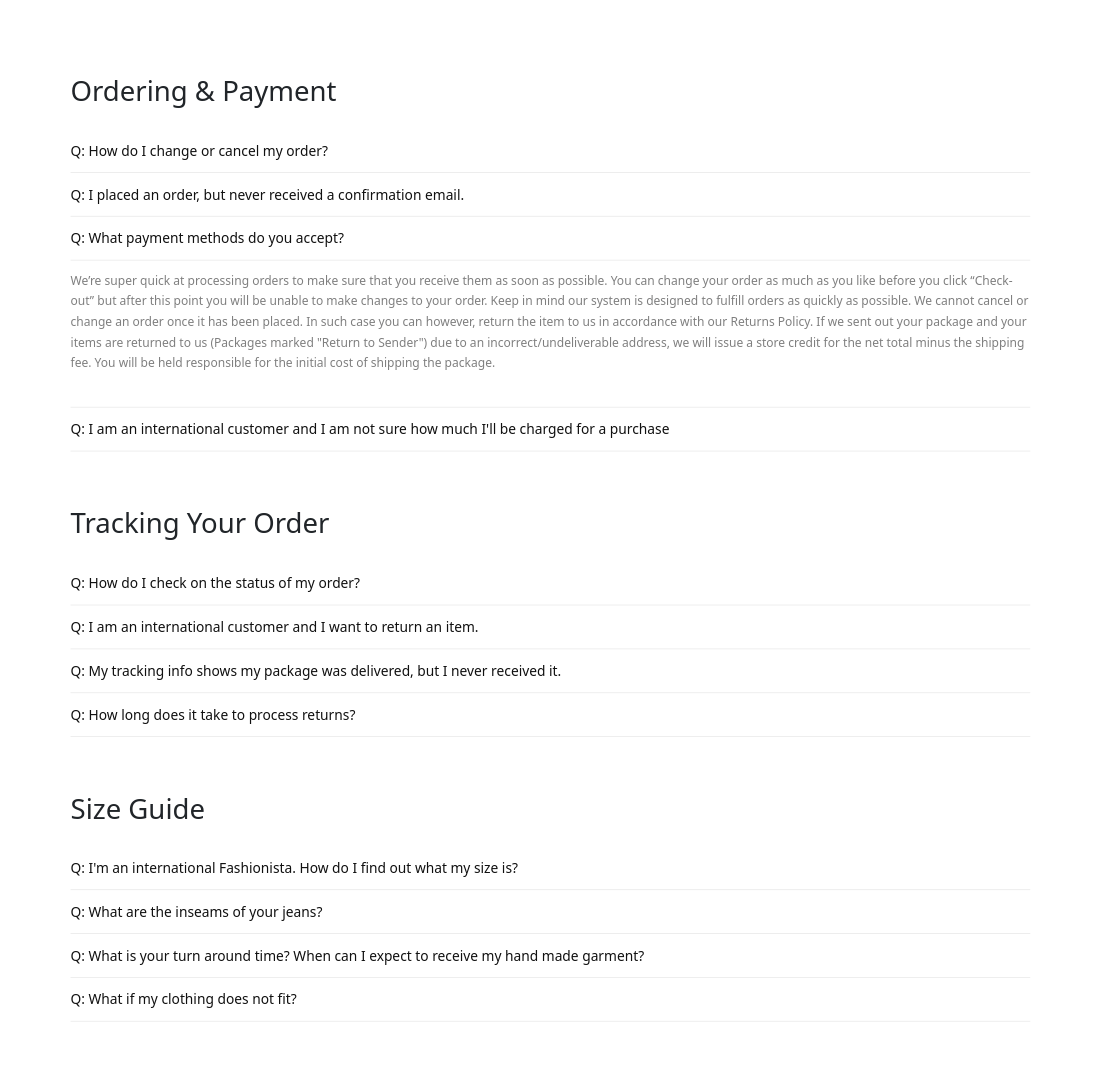
Repository: ST-United-Internship/Modaz-4life
Page: FaQ/FAQ.html
An editor plug-in stored every save of this project. The page is shown before and after a run of saves, followed by the edit.
The browser window is 1280 px wide. The pictures show the whole page, at 86% of full size.

Above is the page before, as saved 2023-03-22 16:05:24.

### FaQ/FAQ.html
<!DOCTYPE html>
<html lang="en">
<head>
    <meta charset="UTF-8">
    <meta http-equiv="X-UA-Compatible" content="IE=edge">
    <meta name="viewport" content="width=device-width, initial-scale=1.0">
    <link rel="stylesheet" type="text/css" href="FAQ.css" >
    <link href="https://cdn.jsdelivr.net/npm/bootstrap@5.3.0-alpha1/dist/css/bootstrap.min.css" rel="stylesheet" integrity="sha384-GLhlTQ8iRABdZLl6O3oVMWSktQOp6b7In1Zl3/Jr59b6EGGoI1aFkw7cmDA6j6gD" crossorigin="anonymous">
    <title>Document</title>
</head>
<body class="bodi header_sticky header-style-2 has-menu-extra">
   <!-- <div class="boxed">
    <div class="title-page textImg textImg1" style="background-position: 50% 89px;">
        <div class="container">
            <div class="row">
                <div class="col-md-12">
                    <div class="heading-page">
                    <h1 class="title">FAQ</h1>
                    </div>
                    <div class="breadcrumbs">
                    <ul>
                    <li><a href="index.html">Home</a></li>
                    <li><a href="coming-soon.html">Page</a></li>
                    <li><a href="faqs.html">Faq</a></li>
                    </ul>
                    </div>
                    </div>
            </div>
        </div>
    </div>
   </div>

</div> -->
    <div class="boxed">
        <section class="text-row">
            <div class="container">
                <div class="row">
                    <div class="col-md-12">
                        <div class="over-title">
                            <h2>Ordering & Payment</h2>
                        </div>
                        <div class="over-rise">
                            <div class="over-toggle">
                                <div class="toggle-title">Q: How do I change or cancel my order?</div>
                                <div class="toggle-text">
                                    <p>
                                    We’re super quick at processing orders to make sure that you receive them as soon as possible. You can change your order as much as you like before you click “Check- out” but after this point you will be unable to make changes to your order. Keep in mind our system is designed to fulfill orders as quickly as possible. We cannot cancel or change an order once it has been placed. In such case you can however, return the item to us in accordance with our Returns Policy. If we sent out your package and your items are returned to us (Packages marked "Return to Sender") due to an incorrect/undeliverable address, we will issue a store credit for the net total minus the shipping fee. You will be held responsible for the initial cost of shipping the package.
                                    </p>
                                    </div>
                            </div>
                            <div class="over-toggle">
                                <div class="toggle-title ">Q: I placed an order, but never received a confirmation email.</div>
                                <div class="toggle-text" style="display: block;">
                                    <p>
                                        We’re super quick at processing orders to make sure that you receive them as soon as possible. You can change your order as much as you like before you click “Check- out” but after this point you will be unable to make changes to your order. Keep in mind our system is designed to fulfill orders as quickly as possible. We cannot cancel or change an order once it has been placed. In such case you can however, return the item to us in accordance with our Returns Policy. If we sent out your package and your items are returned to us (Packages marked "Return to Sender") due to an incorrect/undeliverable address, we will issue a store credit for the net total minus the shipping fee. You will be held responsible for the initial cost of shipping the package.
                                    </p>
                                </div>
                            </div>
                            <div class="over-toggle">
                                <div class="toggle-title active">Q: What payment methods do you accept?</div>
                                <div class="toggle-text" style="display: block;">
                                    <p>
                                        We’re super quick at processing orders to make sure that you receive them as soon as possible. You can change your order as much as you like before you click “Check- out” but after this point you will be unable to make changes to your order. Keep in mind our system is designed to fulfill orders as quickly as possible. We cannot cancel or change an order once it has been placed. In such case you can however, return the item to us in accordance with our Returns Policy. If we sent out your package and your items are returned to us (Packages marked "Return to Sender") due to an incorrect/undeliverable address, we will issue a store credit for the net total minus the shipping fee. You will be held responsible for the initial cost of shipping the package.
                                    </p>
                                </div>
                            </div>
                            <div class="over-toggle">
                                <div class="toggle-title ">Q: I am an international customer and I am not sure how much I'll be charged for a purchase</div>
                                <div class="toggle-text" style="display: block;">
                                    <p>
                                        We’re super quick at processing orders to make sure that you receive them as soon as possible. You can change your order as much as you like before you click “Check- out” but after this point you will be unable to make changes to your order. Keep in mind our system is designed to fulfill orders as quickly as possible. We cannot cancel or change an order once it has been placed. In such case you can however, return the item to us in accordance with our Returns Policy. If we sent out your package and your items are returned to us (Packages marked "Return to Sender") due to an incorrect/undeliverable address, we will issue a store credit for the net total minus the shipping fee. You will be held responsible for the initial cost of shipping the package.
                                    </p>
                                </div>
                            </div>
                        </div>
                    </div>
                </div>
                <div class="loaded"></div>
                <div class="row">
                    <div class="col-md-12">
                        <div class="over-title">
                            <h2>Tracking Your Order</h2>
                        </div>
                        <div class="over-rise">
                            <div class="over-toggle">
                                <div class="toggle-title ">Q: How do I check on the status of my order?</div>
                                <div class="toggle-text" style="display: block;">
                                    <p>
                                        We’re super quick at processing orders to make sure that you receive them as soon as possible. You can change your order as much as you like before you click “Check- out” but after this point you will be unable to make changes to your order. Keep in mind our system is designed to fulfill orders as quickly as possible. We cannot cancel or change an order once it has been placed. In such case you can however, return the item to us in accordance with our Returns Policy. If we sent out your package and your items are returned to us (Packages marked "Return to Sender") due to an incorrect/undeliverable address, we will issue a store credit for the net total minus the shipping fee. You will be held responsible for the initial cost of shipping the package.
                                    </p>
                                </div>
                            </div>
                            <div class="over-toggle">
                                <div class="toggle-title ">Q: I am an international customer and I want to return an item.</div>
                                <div class="toggle-text" style="display: block;">
                                    <p>
                                        We’re super quick at processing orders to make sure that you receive them as soon as possible. You can change your order as much as you like before you click “Check- out” but after this point you will be unable to make changes to your order. Keep in mind our system is designed to fulfill orders as quickly as possible. We cannot cancel or change an order once it has been placed. In such case you can however, return the item to us in accordance with our Returns Policy. If we sent out your package and your items are returned to us (Packages marked "Return to Sender") due to an incorrect/undeliverable address, we will issue a store credit for the net total minus the shipping fee. You will be held responsible for the initial cost of shipping the package.
                                    </p>
                                </div>
                            </div>
                            <div class="over-toggle">
                                <div class="toggle-title ">Q: My tracking info shows my package was delivered, but I never received it.</div>
                                <div class="toggle-text" style="display: block;">
                                    <p>
                                        We’re super quick at processing orders to make sure that you receive them as soon as possible. You can change your order as much as you like before you click “Check- out” but after this point you will be unable to make changes to your order. Keep in mind our system is designed to fulfill orders as quickly as possible. We cannot cancel or change an order once it has been placed. In such case you can however, return the item to us in accordance with our Returns Policy. If we sent out your package and your items are returned to us (Packages marked "Return to Sender") due to an incorrect/undeliverable address, we will issue a store credit for the net total minus the shipping fee. You will be held responsible for the initial cost of shipping the package.
                                    </p>
                                </div>
                            </div>
                            <div class="over-toggle">
                                <div class="toggle-title ">Q: How long does it take to process returns?</div>
                                <div class="toggle-text" style="display: block;">
                                    <p>
                                        We’re super quick at processing orders to make sure that you receive them as soon as possible. You can change your order as much as you like before you click “Check- out” but after this point you will be unable to make changes to your order. Keep in mind our system is designed to fulfill orders as quickly as possible. We cannot cancel or change an order once it has been placed. In such case you can however, return the item to us in accordance with our Returns Policy. If we sent out your package and your items are returned to us (Packages marked "Return to Sender") due to an incorrect/undeliverable address, we will issue a store credit for the net total minus the shipping fee. You will be held responsible for the initial cost of shipping the package.
                                    </p>
                                </div>
                            </div>
                        </div>
                    </div>
                </div>
                <div class="loaded"></div>
                <div class="row">
                    <div class="col-md-12">
                        <div class="over-title">
                            <h2>Size Guide</h2>
                        </div>
                        <div class="over-rise">
                            <div class="over-toggle">
                                <div class="toggle-title">Q: I'm an international Fashionista. How do I find out what my size is?</div>
                                <div class="toggle-text" style="display: block;">
                                    <p>
                                        We’re super quick at processing orders to make sure that you receive them as soon as possible. You can change your order as much as you like before you click “Check- out” but after this point you will be unable to make changes to your order. Keep in mind our system is designed to fulfill orders as quickly as possible. We cannot cancel or change an order once it has been placed. In such case you can however, return the item to us in accordance with our Returns Policy. If we sent out your package and your items are returned to us (Packages marked "Return to Sender") due to an incorrect/undeliverable address, we will issue a store credit for the net total minus the shipping fee. You will be held responsible for the initial cost of shipping the package.
                                    </p>
                                </div>
                            </div>
                            <div class="over-toggle">
                                <div class="toggle-title ">Q: What are the inseams of your jeans?</div>
                                <div class="toggle-text" style="display: block;">
                                    <p>
                                        We’re super quick at processing orders to make sure that you receive them as soon as possible. You can change your order as much as you like before you click “Check- out” but after this point you will be unable to make changes to your order. Keep in mind our system is designed to fulfill orders as quickly as possible. We cannot cancel or change an order once it has been placed. In such case you can however, return the item to us in accordance with our Returns Policy. If we sent out your package and your items are returned to us (Packages marked "Return to Sender") due to an incorrect/undeliverable address, we will issue a store credit for the net total minus the shipping fee. You will be held responsible for the initial cost of shipping the package.
                                    </p>
                                </div>
                            </div>
                            <div class="over-toggle">
                                <div class="toggle-title ">Q: What is your turn around time? When can I expect to receive my hand made garment?</div>
                                <div class="toggle-text" style="display: block;">
                                    <p>
                                        We’re super quick at processing orders to make sure that you receive them as soon as possible. You can change your order as much as you like before you click “Check- out” but after this point you will be unable to make changes to your order. Keep in mind our system is designed to fulfill orders as quickly as possible. We cannot cancel or change an order once it has been placed. In such case you can however, return the item to us in accordance with our Returns Policy. If we sent out your package and your items are returned to us (Packages marked "Return to Sender") due to an incorrect/undeliverable address, we will issue a store credit for the net total minus the shipping fee. You will be held responsible for the initial cost of shipping the package.
                                    </p>
                                </div>
                            </div>
                            <div class="over-toggle">
                                <div class="toggle-title ">Q: What if my clothing does not fit?</div>
                                <div class="toggle-text" style="display: block;">
                                    <p>
                                        We’re super quick at processing orders to make sure that you receive them as soon as possible. You can change your order as much as you like before you click “Check- out” but after this point you will be unable to make changes to your order. Keep in mind our system is designed to fulfill orders as quickly as possible. We cannot cancel or change an order once it has been placed. In such case you can however, return the item to us in accordance with our Returns Policy. If we sent out your package and your items are returned to us (Packages marked "Return to Sender") due to an incorrect/undeliverable address, we will issue a store credit for the net total minus the shipping fee. You will be held responsible for the initial cost of shipping the package.
                                    </p>
                                </div>
                            </div>
                        </div>
                    </div>
                </div>
            </div>
        </section>
    </div>
  <script src="https://cdn.jsdelivr.net/npm/@popperjs/core@2.11.6/dist/umd/popper.min.js" integrity="sha384-oBqDVmMz9ATKxIep9tiCxS/Z9fNfEXiDAYTujMAeBAsjFuCZSmKbSSUnQlmh/jp3" crossorigin="anonymous"></script>
<script src="https://cdn.jsdelivr.net/npm/bootstrap@5.3.0-alpha1/dist/js/bootstrap.min.js" integrity="sha384-mQ93GR66B00ZXjt0YO5KlohRA5SY2XofN4zfuZxLkoj1gXtW8ANNCe9d5Y3eG5eD" crossorigin="anonymous"></script>

<!--javaScript-->
<script
  src="https://code.jquery.com/jquery-1.12.4.js"
  integrity="sha256-Qw82+bXyGq6MydymqBxNPYTaUXXq7c8v3CwiYwLLNXU="
  crossorigin="anonymous"></script>
<!-- <script src="javascript/main.js"></script> -->
<script>
    (function($) {
    var flatAccordion = function() {
      var speed= {duration: 500};
      $('.toggle-text').hide();
      $('.over-rise .toggle-title.active').siblings('.toggle-text').show();

      $('.over-rise .toggle-title').on('click', function(){
        if(!$(this).is('.active')) {
          $(this).closest('.over-rise').find('.toggle-title.active').toggleClass('active').next().slideToggle(speed);
          $(this).toggleClass('active');
          $(this).next().slideToggle(speed);
        }else {
          $(this).toggleClass('active');
          $(this).next().slideToggle(speed);
        }
      });
    };
	$(function() {
      flatAccordion();
   	});
})(jQuery);
</script>



</body>

</html>

### FaQ/FAQ.css
/* *{
    margin: 0;
    padding: 0;
    box-sizing: border-box;

}

.title-page{
    position: relative;
    padding: 76px 0 77px;
    text-align: center;
}
.textImg{
    width: 100%;
    background-attachment: fixed;
}
.textImg1{
    background-image: url("http://themesflat.com/html/modaz/images/parallax/bg-parallax1.jpg");
}

.heading-page{
    font-family: inherit;
    font-size: 100%;
    font-weight: inherit;
    font-style: inherit;
    vertical-align: baseline;
    margin: 0;
    padding: 0;
    border: 0;
    outline: 0;
    background: 0 0;
    box-sizing: border-box;
}

.title-page .heading-page .title{
    margin-bottom: 23px;
}

h1{
    font-size: 48px;
    line-height: 48px;
    font-weight: 500;
    color: #333
}

.title-page .breadcrumbs ul{
    padding: 0;
    list-style: none;
}

.title-page .breadcrumbs ul li{
    display: inline-block;
    position: relative;
    margin: 0 9px 0 7px;

}

.title-page .breadcrumbs ul li:before{
    content: ">";
    position: absolute;
    top: 0;
    right: -12px;
}

.breadcrumbs ul li:last-child:before {
    content: "";
    background-color: transparent;
}

.title-page .breadcrumbs ul li a{
    color: #6e6e6e;
    font-weight: 400;
    text-decoration: none;
    transition: all .3s ease-in-out;
}

 */
 /* *{
    margin: 0;
    padding: 0;
    box-sizing: border-box;
 } */

 body{
    font: 14px/26px "Poppins",sans-serif;
    font-weight: 300;
    background-color: #fff;
    color: #6e6e6e;
 }
.boxed{
    overflow: hidden;
    position: relative;
}
.text-row{
    clear: both;
    display: block;
    position: relative;
    padding: 87px 0 63px 0;
    overflow: hidden;
}

.container{
    position: relative;
    margin-left: auto;
    margin-right: auto;
}

.loaded{
    clear: both;
    display: block;
    height: 49px;
}

.over-title{
    margin-bottom: 40px;
}

h2{
    font-size: 24px;
    line-height: 30px;
    color: #252525;
}

.over-rise .over-toggle{
    margin-bottom: 15px;
}

.over-rise .over-toggle .toggle-title{
    font-size: 16px;
    line-height: 20px;
    font-weight: 400;
    color: #111;
    border-bottom: 1px solid #ebebeb;
    padding-bottom: 15px;
    margin-bottom: 11px;
    cursor: pointer;
}

.over-rise .over-toggle .toggle-text{
    border-bottom: 1px solid #ebebeb;
    padding-bottom: 14px;
}

.over-rise .over-toggle .toggle-text p{
    line-height: 24px;
    margin-bottom: 25px;
    font-size: 14px;
    filter: contrast(1%);
}

After the next 2 saves:
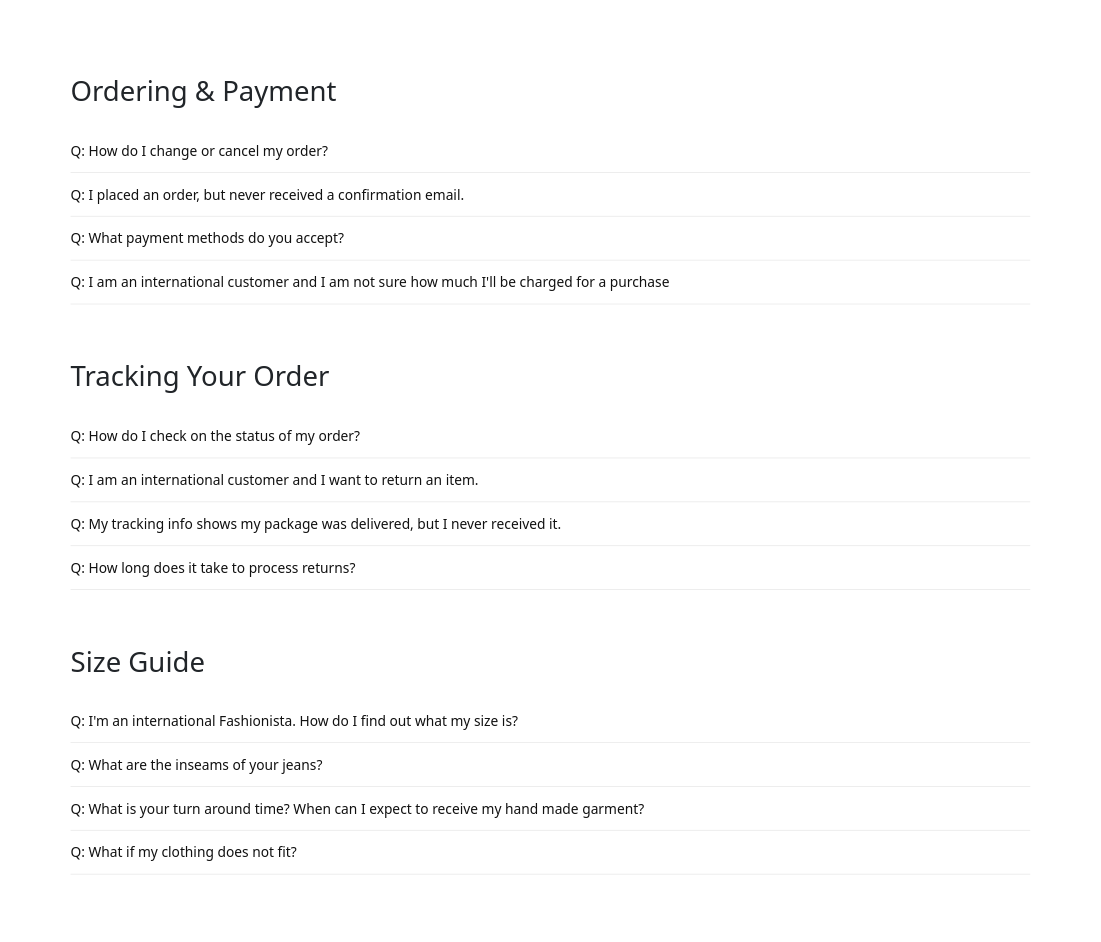
The 2 saves are shown as one change because they came seconds apart.
The last was saved 9 s later.
--- a/FaQ/FAQ.html
+++ b/FaQ/FAQ.html
@@ -57,7 +57,7 @@
                                 </div>
                             </div>
                             <div class="over-toggle">
-                                <div class="toggle-title active">Q: What payment methods do you accept?</div>
+                                <div class="toggle-title">Q: What payment methods do you accept?</div>
                                 <div class="toggle-text" style="display: block;">
                                     <p>
                                         We’re super quick at processing orders to make sure that you receive them as soon as possible. You can change your order as much as you like before you click “Check- out” but after this point you will be unable to make changes to your order. Keep in mind our system is designed to fulfill orders as quickly as possible. We cannot cancel or change an order once it has been placed. In such case you can however, return the item to us in accordance with our Returns Policy. If we sent out your package and your items are returned to us (Packages marked "Return to Sender") due to an incorrect/undeliverable address, we will issue a store credit for the net total minus the shipping fee. You will be held responsible for the initial cost of shipping the package.
